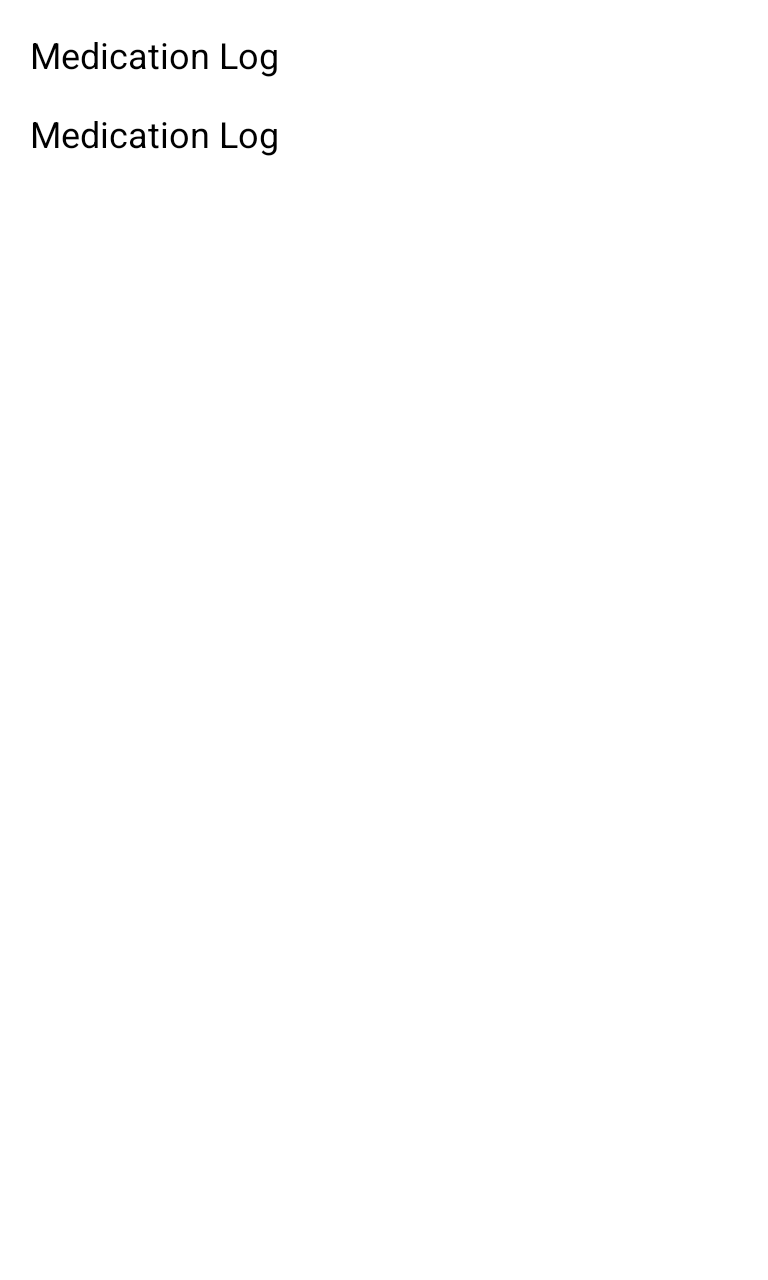
Repository: ranika/pilltracker
Layout: PillTracker/res/layout/fragment_main.xml
The author's editor kept a copy of each file at every save. The layout is drawn from the files as they stood at one save, then again after the next save.
It is drawn on a 768 x 1280 px phone screen (xhdpi) without system bars, with theme AppTheme; the app's code is not run.

Above is the layout before, as saved 2014-04-10 02:35:09.

### PillTracker/res/layout/fragment_main.xml
<RelativeLayout xmlns:android="http://schemas.android.com/apk/res/android"
    android:layout_width="fill_parent"
    android:layout_height="fill_parent" >

    <TextView
        android:id="@+id/textView1"
        android:layout_width="wrap_content"
        android:layout_height="wrap_content"
        android:layout_alignParentLeft="true"
        android:layout_alignParentTop="true"
        android:layout_marginLeft="15dp"
        android:layout_marginTop="15dp"
        android:text="@string/med_log"
        android:textAppearance="?android:attr/textAppearanceMedium" />

    <TextView
        android:id="@+id/TextView01"
        android:layout_width="wrap_content"
        android:layout_height="wrap_content"
        android:layout_alignLeft="@+id/textView1"
        android:layout_below="@+id/textView1"
        android:layout_marginTop="15dp"
        android:text="@string/med_log"
        android:textAppearance="?android:attr/textAppearanceMedium" />

</RelativeLayout>

### PillTracker/res/values/strings.xml
<?xml version="1.0" encoding="utf-8"?>
<resources>

    <string name="app_name">Pill Tracker</string>
    <string name="action_settings">Settings</string>
	<string name="med_log">Medication Log</string>
	<string name="prescriptions">Prescriptions</string>
	<string name="reminders">Reminders</string>
	<string name="doctors">Doctors</string>
	<string name="pharmacies">Pharmacies</string>
	<string name="notes">Notes</string>
	<string name="settings">Settings</string>
</resources>

Loaded but not shown: PillTracker/res/values/styles.xml (common file); PillTracker/res/values-v11/styles.xml (common file); PillTracker/res/values-v14/styles.xml (common file)

After the next save:
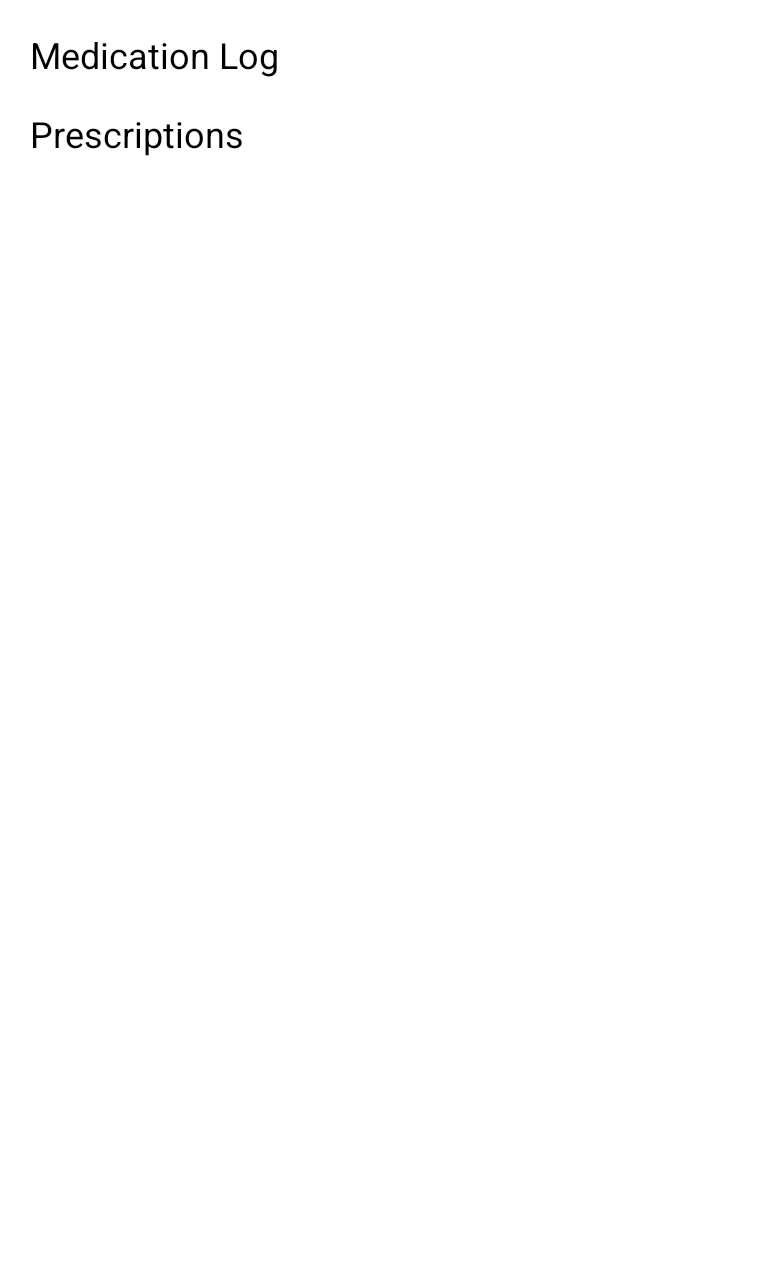
Saved 15 s later.
--- a/PillTracker/res/layout/fragment_main.xml
+++ b/PillTracker/res/layout/fragment_main.xml
@@ -20,7 +20,7 @@
         android:layout_alignLeft="@+id/textView1"
         android:layout_below="@+id/textView1"
         android:layout_marginTop="15dp"
-        android:text="@string/med_log"
+        android:text="@string/prescriptions"
         android:textAppearance="?android:attr/textAppearanceMedium" />
 
 </RelativeLayout>
